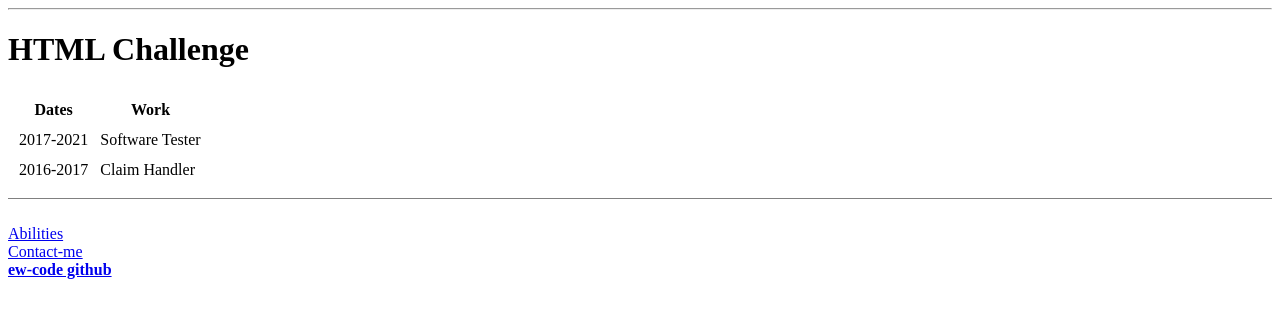
Repository: ew-code/Web-Development
Page: HTML - Personal Site/index copy.html
These files come from the project's save history. The page is drawn as it stood at one moment and after the next save; the edit follows.
The browser window is 1280 px wide. The pictures show the whole page.

Above is the page before, as saved 2021-01-05 18:13:51.

### HTML - Personal Site/index copy.html
<!DOCTYPE html>
<html lang="en" dir="ltr">

<head>
  <meta charset="utf-8"> <!-- dopracować meta description dla silników wyszukiwarek-->
  <title>Html challenge</title>
</head>

  <hr>

  <h1><strong> HTML Challenge</strong></h1>

  <table cellspacing="10">
    <thead>
      <tr>
        <th>Dates</th>
        <th>Work</th>
      </tr>
    </thead>
    <tbody>
      <tr>
        <td>2017-2021</td>
        <td>Software Tester</td>
      </tr>
    </tbody>
    <tbody>
      <tr>
        <td>2016-2017</td>
        <td>Claim Handler</td>
      </tr>
    </tbody>
  </table>

  <hr size="1" noshade>
  <br>
  <a href="abilities.html">Abilities</a>
  <br>
  <a href="contact.html">Contact-me</a>
  <br>
  <strong><a href="https://github.com/ew-code">ew-code github</a></strong>
</body>

</html>

After the next save:
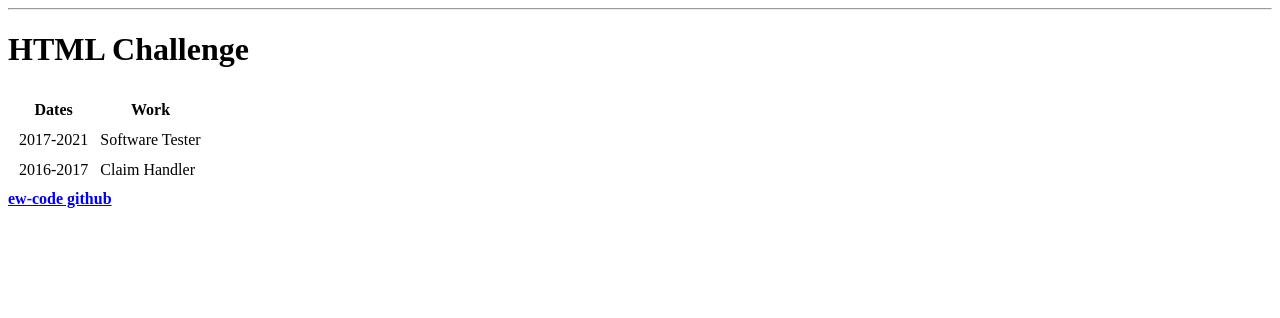
Saved 19 s later.
--- a/HTML - Personal Site/index copy.html
+++ b/HTML - Personal Site/index copy.html
@@ -31,12 +31,6 @@
     </tbody>
   </table>
 
-  <hr size="1" noshade>
-  <br>
-  <a href="abilities.html">Abilities</a>
-  <br>
-  <a href="contact.html">Contact-me</a>
-  <br>
   <strong><a href="https://github.com/ew-code">ew-code github</a></strong>
 </body>
 
